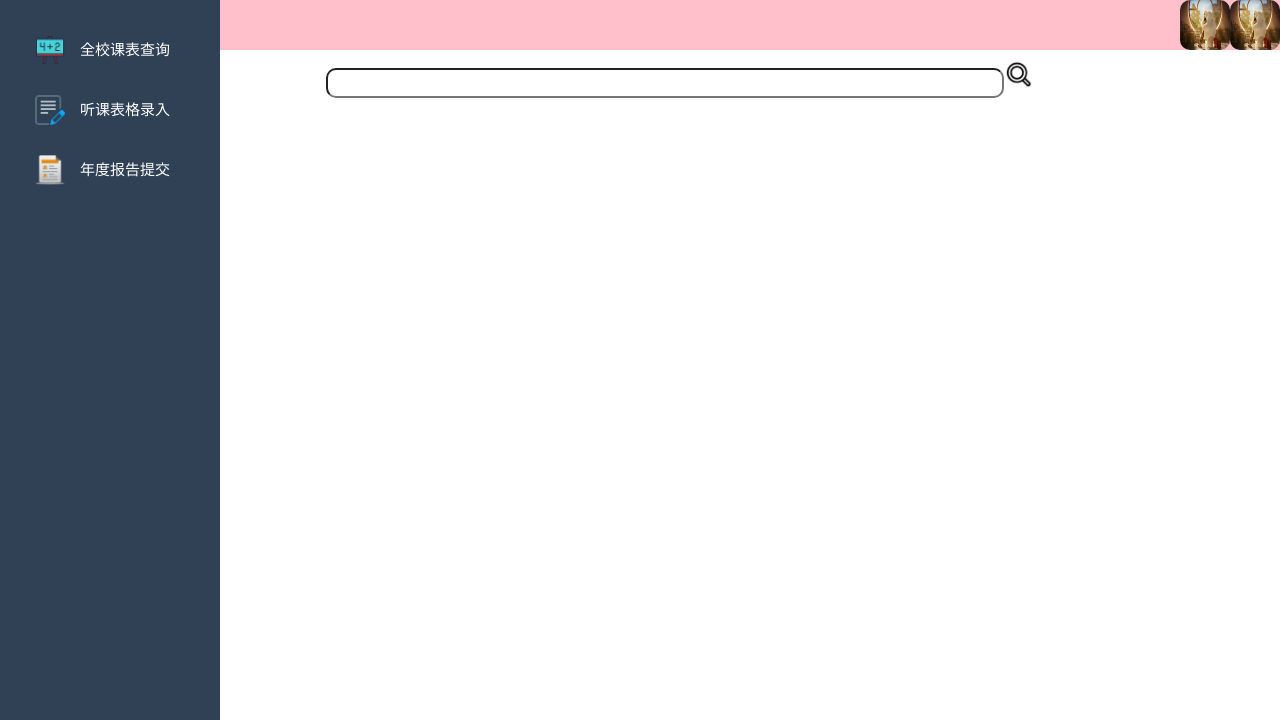
Repository: shandamengcheng/graduate-project
Page: /home
These files come from the project's save history. The page is drawn as it stood at one moment and after the next save; the edit follows.
The browser window is 1280 px wide. The pictures show the whole page.
The project was rebuilt for these pictures with package versions that can differ from the ones it lists, and the page was loaded fresh each time. Also part of the build but not shown: src/views/Login.vue.

Above is the page before, as saved 2021-03-12 15:59:33.

After the next save:
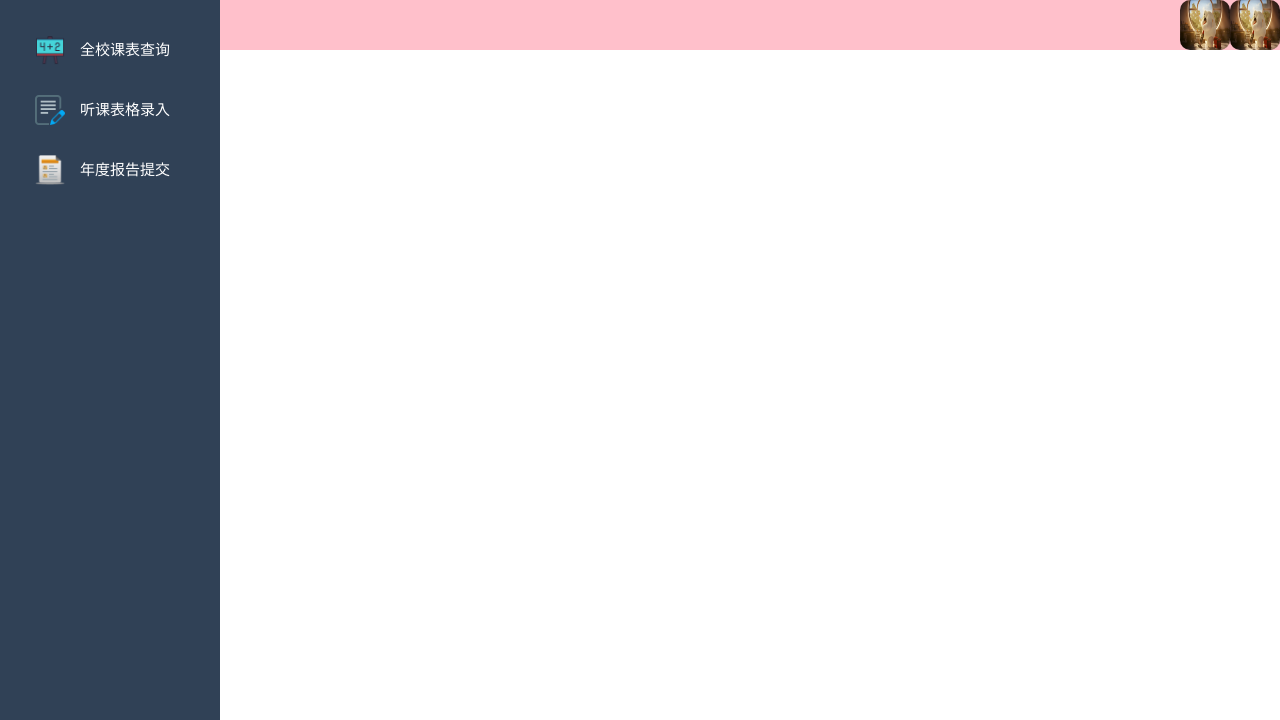
Saved 5 h 30 min later.
--- a/src/views/Home.vue
+++ b/src/views/Home.vue
@@ -3,7 +3,7 @@
     <SideBar />
     <div class="main">
       <NavigationBar />
-      <router-view />
+      <!-- <router-view /> -->
       <!-- <Search /> -->
     </div>
   </div>

After the save that followed:
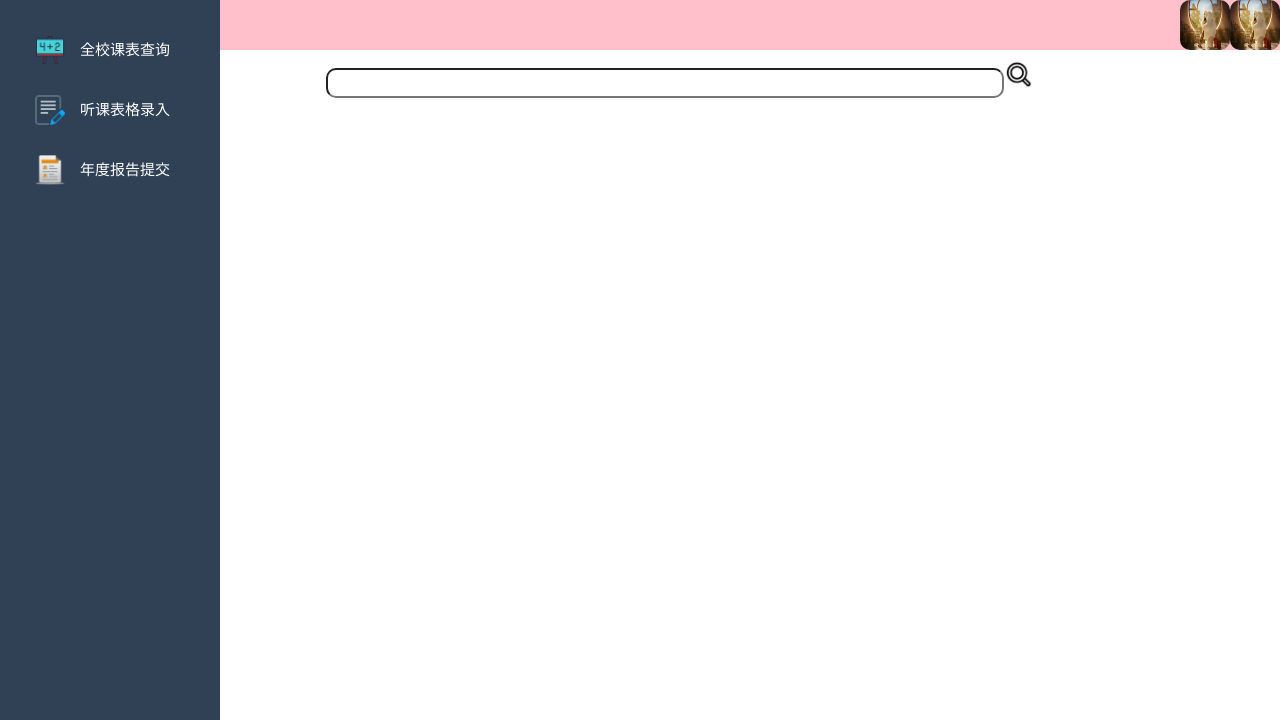
Saved 58 s later.
--- a/src/views/Home.vue
+++ b/src/views/Home.vue
@@ -3,7 +3,7 @@
     <SideBar />
     <div class="main">
       <NavigationBar />
-      <!-- <router-view /> -->
+      <router-view />
       <!-- <Search /> -->
     </div>
   </div>
